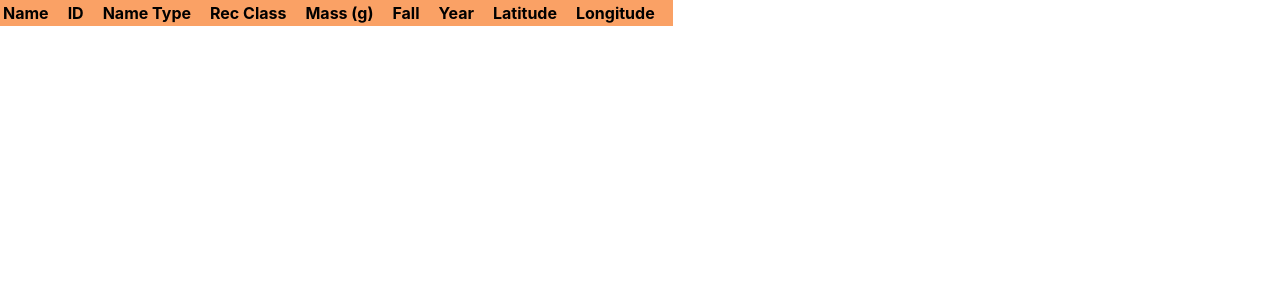
Repository: Tsardines/meteorite-explorer
Page: / (app in meteorite-explorer/)
The author's editor kept a copy of each file at every save. The page is drawn from the files as they stood at one save, then again after the next save.
The browser window is 1280 px wide. The pictures show the whole page.
The page's requests for data from a server got no answer. The project was rebuilt for these pictures with package versions that can differ from the ones it lists, and the page was loaded fresh each time. No one was signed in, and anything a server would have sent is missing.

Above is the page before, as saved 2019-05-27 16:30:58.

After the next save:
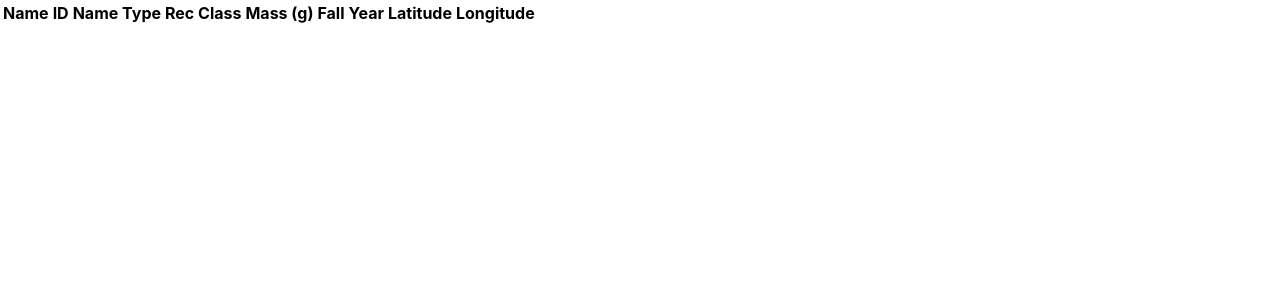
Saved 70 s later.
--- a/meteorite-explorer/src/App.js
+++ b/meteorite-explorer/src/App.js
@@ -32,36 +32,34 @@ componentWillMount() {
     return (
 
       <div className="title">
-      <table className="theader">
-        <th>Name</th>
-        <th>ID</th>
-        <th>Name Type</th>
-        <th>Rec Class</th>
-        <th>Mass (g)</th>
-        <th>Fall</th>
-        <th>Year</th>
-        <th>Latitude</th>
-        <th>Longitude</th>
+        <table className="my-table">
+          <th>Name</th>
+          <th>ID</th>
+          <th>Name Type</th>
+          <th>Rec Class</th>
+          <th>Mass (g)</th>
+          <th>Fall</th>
+          <th>Year</th>
+          <th>Latitude</th>
+          <th>Longitude</th>
+          { items.map((item, num) => {
 
-
-      { items.map((item, num) => {
-
-        return (
-          <tr>
-            <td><p key={num}>{item.name}</p></td>
-            <td><p key={num}>{item.id}</p></td>
-            <td><p key={num}>{item.nametype}</p></td>
-            <td><p key={num}>{item.recclass}</p></td>
-            <td><p key={num}>{item.mass}</p></td>
-            <td><p key={num}>{item.fall}</p></td>
-            <td><p key={num}>{item.year}</p></td>
-            <td><p key={num}>{item.reclat}</p></td>
-            <td><p key={num}>{item.reclong}</p></td>
-            <hr />
-          </tr>
-        )
-      })}
-      </table>
+            return (
+              <tr>
+                <td><p key={num}>{item.name}</p></td>
+                <td><p key={num}>{item.id}</p></td>
+                <td><p key={num}>{item.nametype}</p></td>
+                <td><p key={num}>{item.recclass}</p></td>
+                <td><p key={num}>{item.mass}</p></td>
+                <td><p key={num}>{item.fall}</p></td>
+                <td><p key={num}>{item.year}</p></td>
+                <td><p key={num}>{item.reclat}</p></td>
+                <td><p key={num}>{item.reclong}</p></td>
+                <hr />
+              </tr>
+            )
+          })}
+        </table>
       </div>
     )
   } // render
--- a/meteorite-explorer/src/App.css
+++ b/meteorite-explorer/src/App.css
@@ -1,12 +1,12 @@
 
 
-.theader {
+.my-table:nth-child(even) {
   background-color: rgb(250, 161, 101);
 }
 
-.theader th {
+/* .theader th {
   padding-right: 1rem;
-}
+} */
 
 /* .table-main {
   background-color: bisque;
